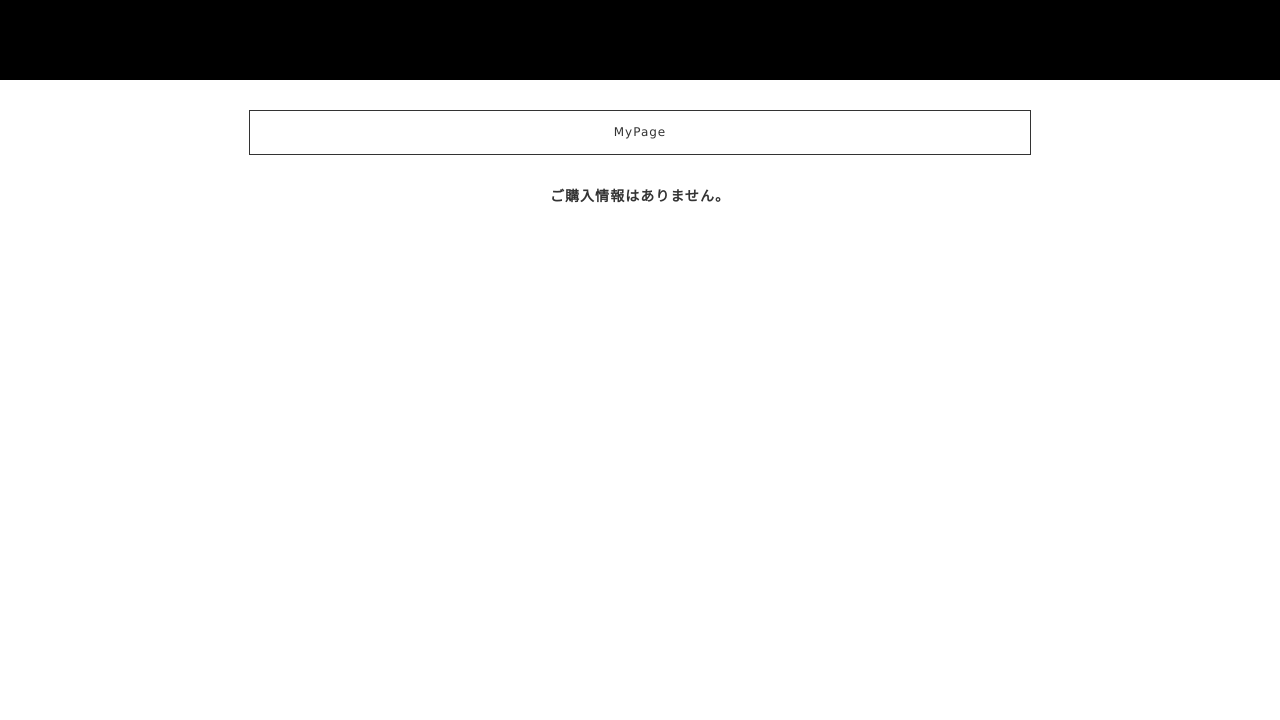
Repository: REDsky96/test
Page: http://localhost/ecsite/myPage.jsp
These files come from the project's save history. The page is drawn as it stood at one moment and after the next save; the edit follows.
The browser window is 1280 px wide. The pictures show the whole page.
The page is served by Tomcat 9.

Above is the page before, as saved 2018-11-07 07:42:41.

After the next save:
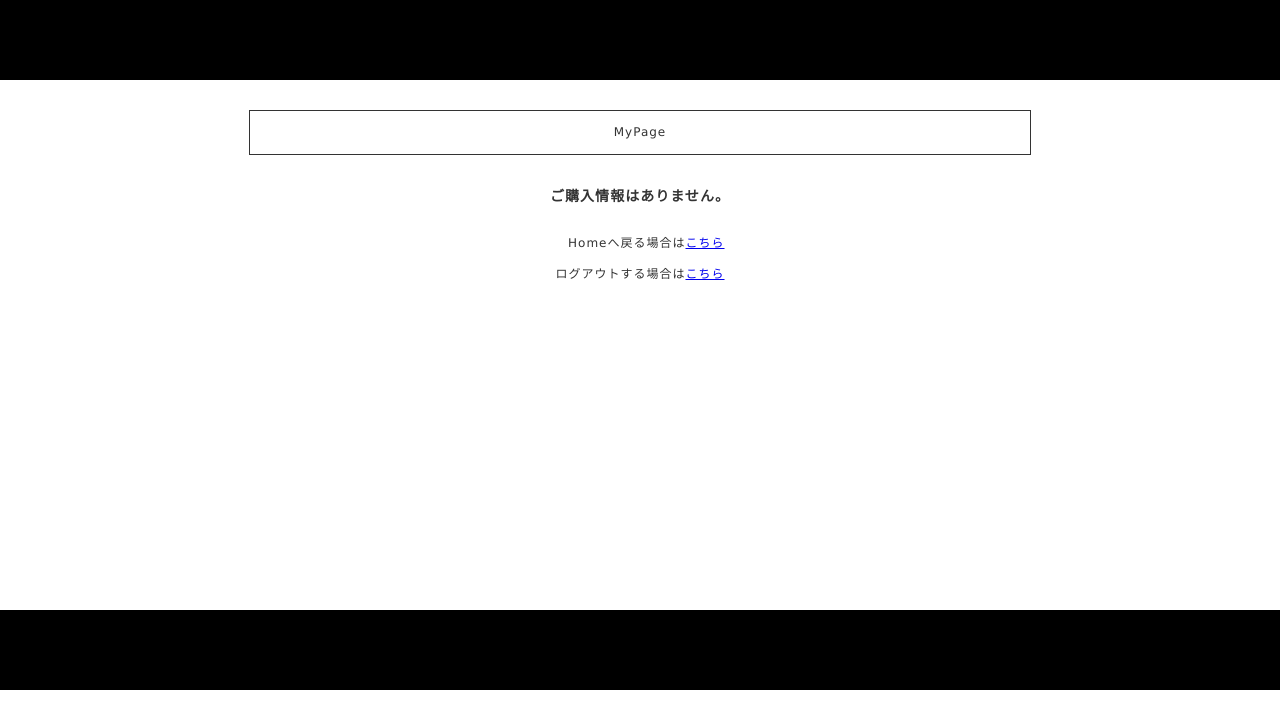
Saved 4 min 18 s later.
--- a/ecsite/WebContent/myPage.jsp
+++ b/ecsite/WebContent/myPage.jsp
@@ -110,7 +110,23 @@
           <input type = "hidden" name = "deleteFlg" value = "1">
           <s:submit value = "削除" method = "delete"/>
         </s:form>
-      </s:elseif></div></div>
+      </s:elseif>
+
+      <s:if test = "message != null">
+        <h3><s:property value = "message"/></h3>
+      </s:if>
+
+      <div id = "text-right">
+        <p>Homeへ戻る場合は<a href = '<s:url action = "GoHomeAction"/>'>こちら</a></p>
+        <p>ログアウトする場合は<a href = '<s:url action = "LogoutAction"/>'>こちら</a></p>
+      </div>
+    </div>
+  </div>
+
+  <div id = "footer">
+    <div id = "pr">
+    </div>
+  </div>
 
 </body>
 </html>
